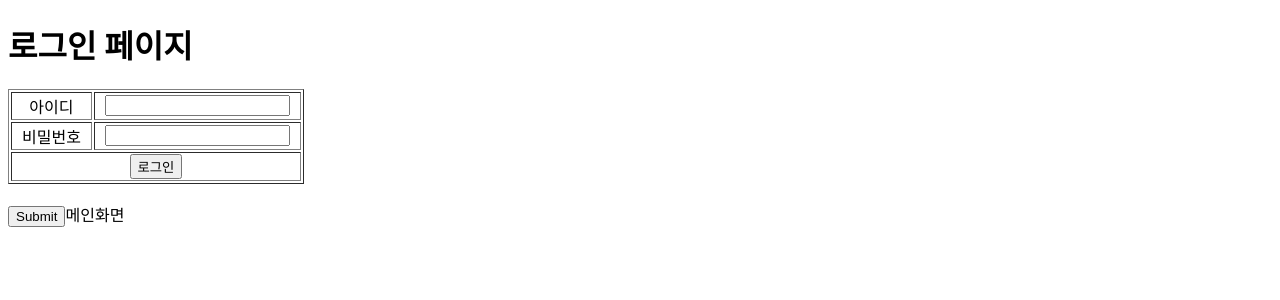
Repository: jjuhye/JSPWorkspace
Page: http://localhost/basic/05_memberLogin/03_21_loginForm.jsp
An editor plug-in stored every save of this project. The page is shown before and after the next save, followed by the edit.
The browser window is 1280 px wide. The pictures show the whole page.
The page is served by Tomcat 9. Other server files are loaded and not shown.

Above is the page before, as saved 2023-02-22 02:32:03.

### basic/src/main/webapp/05_memberLogin/03_21_loginForm.jsp
<%@ page language="java" contentType="text/html; charset=UTF-8"
    pageEncoding="UTF-8"%>
<!DOCTYPE html>
<html>
<head>
<meta charset="UTF-8">
<title>Insert title here</title>
<link rel="stylesheet" href="./member.css">
</head>
<body>
<%
String idList[]=(String[])session.getAttribute("idList");
String pwList[]=(String[])session.getAttribute("pwList");
String nameList[]=(String[])session.getAttribute("nameList");
String genderList[]=(String[])session.getAttribute("genderList");
%>
<h1> 로그인 페이지 </h1>

<table border="1">
    <tr>
		<td>아이디</td>
        <td><input type="text" name="loginId"></td>
    </tr>
    <tr>
        <td>비밀번호</td>
        <td><input type="text" name="loginPw"></td>
    </tr>
    <tr>
    <td colspan="2"><button>로그인</button></td>
    </tr>
</table>
<br>
<input type="submit" />메인화면
</body>
</html>

### basic/src/main/webapp/05_memberLogin/member.css
@charset "UTF-8";

/* table{
	text-align: center;
} */

/* tr:nth-child(1){
	background-color:lightgray;
	font-weight: bold;
} */

td{
	padding: 1px 10px;
	text-align:center;
}

After the next save:
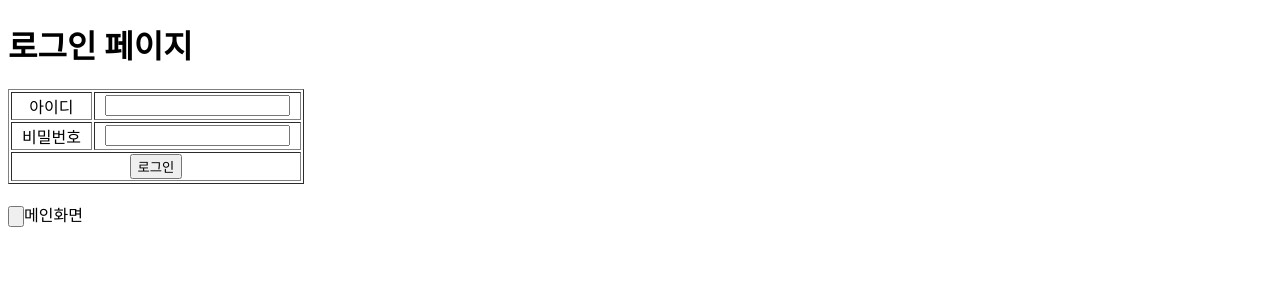
Saved 73 s later.
--- a/basic/src/main/webapp/05_memberLogin/03_21_loginForm.jsp
+++ b/basic/src/main/webapp/05_memberLogin/03_21_loginForm.jsp
@@ -26,10 +26,10 @@
         <td><input type="text" name="loginPw"></td>
     </tr>
     <tr>
-    <td colspan="2"><button>로그인</button></td>
+    <td colspan="2"><input type="submit" value="로그인"/></td>
     </tr>
 </table>
 <br>
-<input type="submit" />메인화면
+<input type="submit" value/>메인화면
 </body>
 </html>
